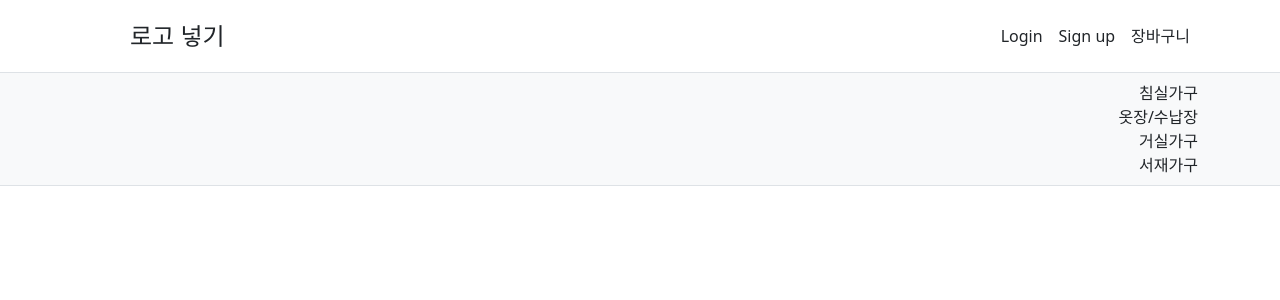
Repository: raoniee/Elice-House-Project
Page: FE/src/components/header/header.html
The author's editor kept a copy of each file at every save. The page is drawn from the files as they stood at one save, then again after the next save.
The browser window is 1280 px wide. The pictures show the whole page.

Above is the page before, as saved 2023-07-04 16:26:40.

### FE/src/components/header/header.html
<!DOCTYPE html>
<html lang="ko">
  <head>
    <meta charset="UTF-8" />
    <meta http-equiv="X-UA-Compatible" content="IE=edge" />
    <meta name="viewport" content="width=device-width, initial-scale=1.0" />
    <title>Elice-House</title>
    <link
      href="https://cdn.jsdelivr.net/npm/bootstrap@5.2.3/dist/css/bootstrap.min.css"
      rel="stylesheet"
      integrity="sha384-rbsA2VBKQhggwzxH7pPCaAqO46MgnOM80zW1RWuH61DGLwZJEdK2Kadq2F9CUG65"
      crossorigin="anonymous"
    />
  </head>

  <body>
    <header class="py-3 border-bottom">
      <div class="container d-flex flex-wrap justify-content-center">
        <a
          href="/"
          class="d-flex align-items-center mb-3 mb-lg-0 me-lg-auto text-dark text-decoration-none"
        >
          <svg class="bi me-2" width="40" height="32">
            <use xlink:href="#bootstrap" />
          </svg>
          <span class="fs-4">로고 넣기</span>
        </a>
        <ul class="nav">
          <li class="nav-item">
            <a href="" class="nav-link link-dark px-2">Login</a>
          </li>
          <li class="nav-item">
            <a href="" class="nav-link link-dark px-2">Sign up</a>
          </li>
          <li class="nav-item">
            <a href="" class="nav-link link-dark px-2">장바구니</a>
          </li>
        </ul>
      </div>
    </header>
    <nav class="py-2 bg-light border-bottom">
      <div class="container">
        <ul class="navbar-nav me-auto mb-2 mb-lg-0 justify-content-center">
          <li class="nav-item">
            <div class="dropdown text-end">
              <a
                href="#"
                class="d-block link-dark text-decoration-none"
                data-bs-toggle="dropdown"
                aria-expanded="false"
                >침실가구
              </a>
              <ul class="dropdown-menu text-small">
                <li><a class="dropdown-item" href="#">침대</a></li>
                <li><a class="dropdown-item" href="#">매트리스/토퍼</a></li>
                <li><a class="dropdown-item" href="#">화장대/콘솔/거울</a></li>
                <li><a class="dropdown-item" href="#">서랍장/협탁</a></li>
              </ul>
            </div>
          </li>
          <li class="nav-item">
            <div class="dropdown text-end">
              <a
                href="#"
                class="d-block link-dark text-decoration-none"
                data-bs-toggle="dropdown"
                aria-expanded="false"
                >옷장/수납장
              </a>
              <ul class="dropdown-menu text-small">
                <li><a class="dropdown-item" href="#">침대</a></li>
                <li><a class="dropdown-item" href="#">매트리스/토퍼</a></li>
                <li><a class="dropdown-item" href="#">화장대/콘솔/거울</a></li>
                <li><a class="dropdown-item" href="#">서랍장/협탁</a></li>
              </ul>
            </div>
          </li>
          <li class="nav-item">
            <div class="dropdown text-end">
              <a
                href="#"
                class="d-block link-dark text-decoration-none"
                data-bs-toggle="dropdown"
                aria-expanded="false"
                >거실가구
              </a>
              <ul class="dropdown-menu text-small">
                <li><a class="dropdown-item" href="#">침대</a></li>
                <li><a class="dropdown-item" href="#">매트리스/토퍼</a></li>
                <li><a class="dropdown-item" href="#">화장대/콘솔/거울</a></li>
                <li><a class="dropdown-item" href="#">서랍장/협탁</a></li>
              </ul>
            </div>
          </li>
          <li class="nav-item">
            <div class="dropdown text-end">
              <a
                href="#"
                class="d-block link-dark text-decoration-none"
                data-bs-toggle="dropdown"
                aria-expanded="false"
                >서재가구
              </a>
              <ul class="dropdown-menu text-small">
                <li><a class="dropdown-item" href="#">침대</a></li>
                <li><a class="dropdown-item" href="#">매트리스/토퍼</a></li>
                <li><a class="dropdown-item" href="#">화장대/콘솔/거울</a></li>
                <li><a class="dropdown-item" href="#">서랍장/협탁</a></li>
              </ul>
            </div>
          </li>
        </ul>
      </div>
    </nav>
    <script
      src="https://cdn.jsdelivr.net/npm/bootstrap@5.2.3/dist/js/bootstrap.bundle.min.js"
      integrity="sha384-kenU1KFdBIe4zVF0s0G1M5b4hcpxyD9F7jL+jjXkk+Q2h455rYXK/7HAuoJl+0I4"
      crossorigin="anonymous"
    ></script>
  </body>
</html>

After the next save:
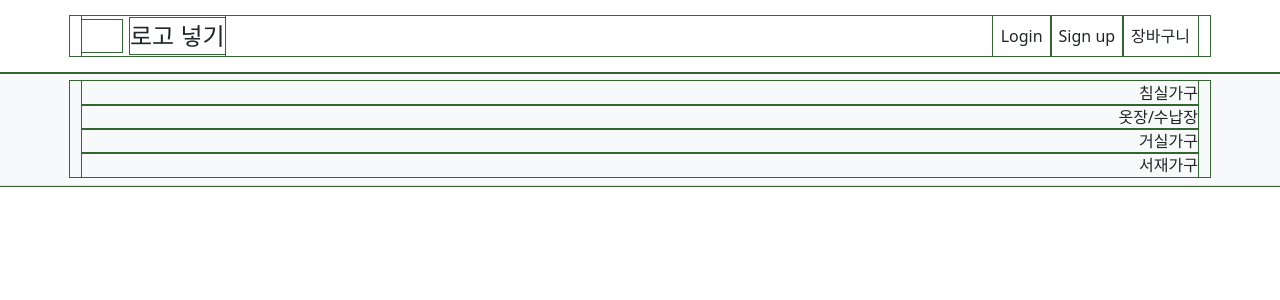
Saved 34 s later.
--- a/FE/src/components/header/header.html
+++ b/FE/src/components/header/header.html
@@ -11,6 +11,11 @@
       integrity="sha384-rbsA2VBKQhggwzxH7pPCaAqO46MgnOM80zW1RWuH61DGLwZJEdK2Kadq2F9CUG65"
       crossorigin="anonymous"
     />
+    <style>
+      * {
+        outline: 1px solid #363;
+      }
+    </style>
   </head>
 
   <body>
